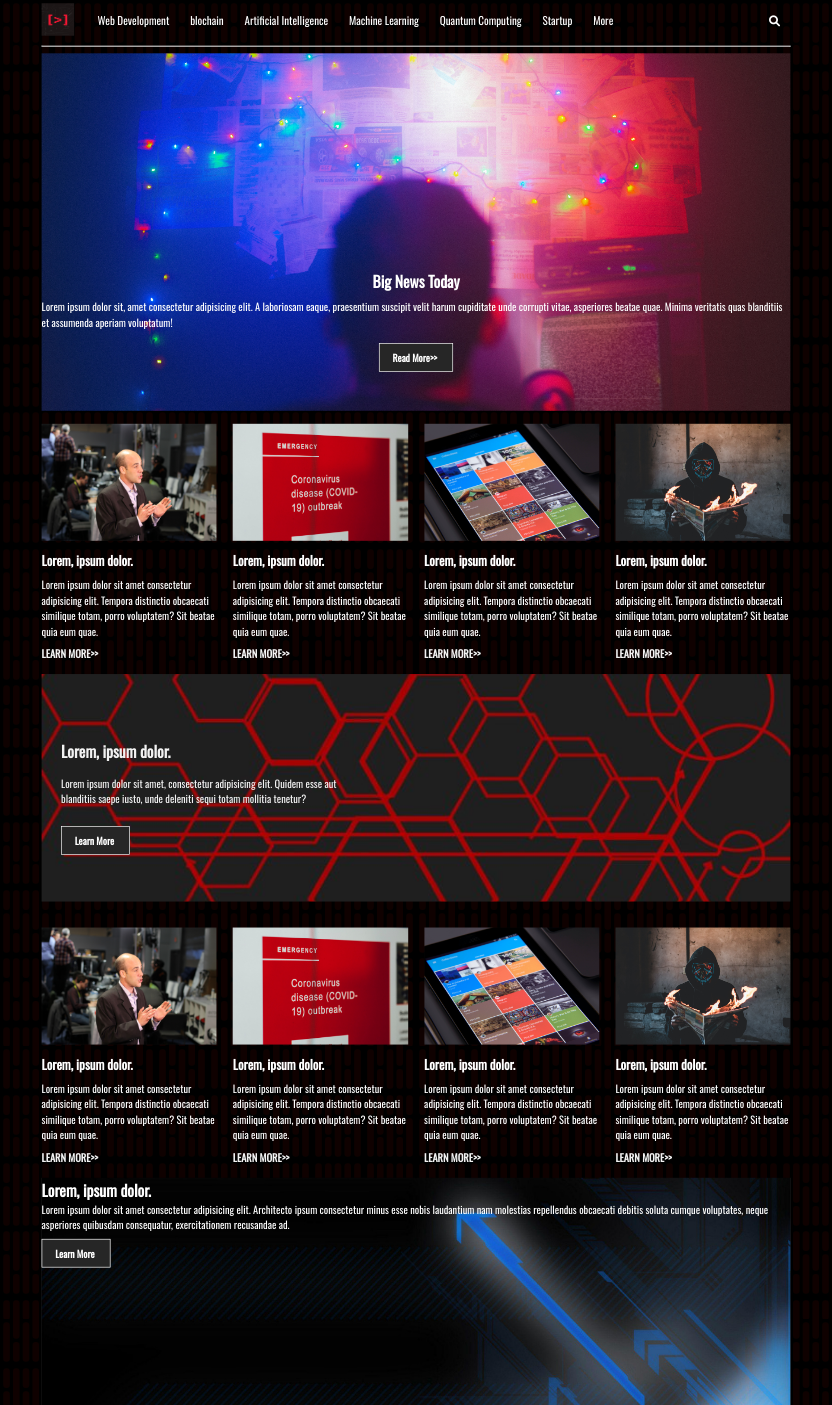
Repository: NickArregoces/News_Web
Page: index.html
An editor plug-in stored every save of this project. The page is shown before and after the next save, followed by the edit.
The browser window is 1280 px wide. The pictures show the whole page, at 65% of full size.

Above is the page before, as saved 2021-12-24 20:03:24.

### index.html
<!DOCTYPE html>
<html lang="en">
<head>
    <meta charset="UTF-8">
    <meta http-equiv="X-UA-Compatible" content="IE=edge">
    <meta name="viewport" content="width=device-width, initial-scale=1.0">
    <title>TechNews</title>
    <!--FONT AWESOME-->
    <link rel="stylesheet" href="https://cdnjs.cloudflare.com/ajax/libs/font-awesome/6.0.0-beta3/css/all.min.css">

    <link rel="stylesheet" href="style.Css">
    <!--Oswald FONTS-->
    <link rel="preconnect" href="https://fonts.googleapis.com">
<link rel="preconnect" href="https://fonts.gstatic.com" crossorigin>
<link href="https://fonts.googleapis.com/css2?family=Oswald:wght@200;300;400&display=swap" rel="stylesheet">
</head>
<body>

    <div class="container">

        <nav class ="nav-main">
            <img src="img/brand.png" alt="" class="nav-brand">

            <ul class="nav-menu">
                <li>
                    <a href="#">Web Development</a>
                </li>
                <li>
                    <a href="#">blochain</a>
                </li>
                <li>
                    <a href="#">Artificial Intelligence</a>
                </li>
                <li>
                    <a href="#">Machine Learning</a>
                </li>
                <li>
                    <a href="#">Quantum Computing</a>
                </li>
                <li>
                    <a href="#">Startup</a>
                </li>
                <li>
                    <a href="#">More</a>
                </li>
            </ul>
            <ul class="nav-menu-right">
                <li>
                    <a href="">
                        <i class="fas fa-search"></i>
                    </a>
                </li>
            </ul>
        </nav>
        <hr> <!--Crea una linea -->


        <!--Showcase=Imagen pricnipal-->
        <header class="showcase">
            <h2>Big News Today</h2>
            <p>Lorem ipsum dolor sit, amet consectetur adipisicing elit. A laboriosam eaque, praesentium suscipit velit harum cupiditate unde corrupti vitae, asperiores beatae quae. Minima veritatis quas blanditiis et assumenda aperiam voluptatum!</p>
        <!--lorem30 te crea 30 palabras-->
            <a class="btn" href="#">Read More>> <i class="fas fa-angles-double-right"></i></a>
        </header>

        <!--NEWS CARDS(COLUMNAS)-->
        <div class="news-cards">
            <div class="">
                <img src="img/news1.jpg" alt="News 1">
                <h3>Lorem, ipsum dolor.</h3>
                <p>Lorem ipsum dolor sit amet consectetur adipisicing elit. Tempora distinctio obcaecati similique totam, porro voluptatem? Sit beatae quia eum quae.</p>
                <a href="">Learn More>><i class="fas fa-amgle-dpuble-right"></i></a>
            </div>
            <div class="">
                <img src="img/news2.jpg" alt="News 2">
                <h3>Lorem, ipsum dolor.</h3>
                <p>Lorem ipsum dolor sit amet consectetur adipisicing elit. Tempora distinctio obcaecati similique totam, porro voluptatem? Sit beatae quia eum quae.</p>
                <a href="">Learn More>><i class fas fa-amgle-dpuble-right></i></a>
            </div>
            <div class="">
                <img src="img/news3.jpg" alt="News 3">
                <h3>Lorem, ipsum dolor.</h3>
                <p>Lorem ipsum dolor sit amet consectetur adipisicing elit. Tempora distinctio obcaecati similique totam, porro voluptatem? Sit beatae quia eum quae.</p>
                <a href="">Learn More>><i class="fas fa-amgle-dpuble-right" ></i></a>
            </div>
            <div class="">
                <img src="img/news4.jpg" alt="News 4">
                <h3>Lorem, ipsum dolor.</h3>
                <p>Lorem ipsum dolor sit amet consectetur adipisicing elit. Tempora distinctio obcaecati similique totam, porro voluptatem? Sit beatae quia eum quae.</p>
                <a href="">Learn More>><i class="fas fa-amgle-dpuble-right"></i></a>
            </div>
        </div>

        <div>

            <section class="cards-banner-one">
                <div class="content">
                    <h2>Lorem, ipsum dolor.</h2>
                    <p>Lorem ipsum dolor sit amet, consectetur adipisicing elit. Quidem esse aut blanditiis saepe iusto, unde deleniti sequi totam mollitia tenetur?</p>
                    <a href="#" class="btn">Learn More <i class="fas fa-amgle-dpuble-right"></i></a>
                </div>

            </section>

            <!--NEWS CARDS(COLUMNAS)-->
        <div class="news-cards">
            <div class="">
                <img src="img/news1.jpg" alt="News 1">
                <h3>Lorem, ipsum dolor.</h3>
                <p>Lorem ipsum dolor sit amet consectetur adipisicing elit. Tempora distinctio obcaecati similique totam, porro voluptatem? Sit beatae quia eum quae.</p>
                <a href="">Learn More>><i class="fas fa-amgle-dpuble-right"></i></a>
            </div>
            <div class="">
                <img src="img/news2.jpg" alt="News 2">
                <h3>Lorem, ipsum dolor.</h3>
                <p>Lorem ipsum dolor sit amet consectetur adipisicing elit. Tempora distinctio obcaecati similique totam, porro voluptatem? Sit beatae quia eum quae.</p>
                <a href="">Learn More>><i class fas fa-amgle-dpuble-right></i></a>
            </div>
            <div class="">
                <img src="img/news3.jpg" alt="News 3">
                <h3>Lorem, ipsum dolor.</h3>
                <p>Lorem ipsum dolor sit amet consectetur adipisicing elit. Tempora distinctio obcaecati similique totam, porro voluptatem? Sit beatae quia eum quae.</p>
                <a href="">Learn More>><i class="fas fa-amgle-dpuble-right" ></i></a>
            </div>
            <div class="">
                <img src="img/news4.jpg" alt="News 4">
                <h3>Lorem, ipsum dolor.</h3>
                <p>Lorem ipsum dolor sit amet consectetur adipisicing elit. Tempora distinctio obcaecati similique totam, porro voluptatem? Sit beatae quia eum quae.</p>
                <a href="">Learn More>><i class="fas fa-amgle-dpuble-right"></i></a>
            </div>
        </div>

        <section class="cards-banner-two">
            <div class="contant">
                <h2>Lorem, ipsum dolor.</h2>
                <p>Lorem ipsum dolor sit amet consectetur adipisicing elit. Architecto ipsum consectetur minus esse nobis laudantium nam molestias repellendus obcaecati debitis soluta cumque voluptates, neque asperiores quibusdam consequatur, exercitationem recusandae ad.</p>
                <a href="#" class="btn">Learn More <i class="fas fa-angles-double-right"></i> </a>
            </div>


        </section>



        </div>

    </div>


</body>
</html>

### style.Css
*{
    box-sizing: border-box;
    margin: 0;
    padding: 0;
}

body{
    background:#000000;
    color:#ffff;
    background-color: #000000;
    background-image: url("data:[embedded picture, 663 characters]");
    color:#1e272e;
    font-size: 16px;
    font-family: 'Oswald', sans-serif;
}

a{
    color: #ffff;
    text-decoration: none;
}

ul{
    list-style: none;
}
.container{
    width: 90%;/*responsive*/
    margin: auto;
    color: #ffff;/*MIO*/
}
/*Navigation*/
.nav-main{
    font-size: 17px;
    display: flex;/*Elememnto al lado de otro*/
    justify-content: space-between;
    align-items: center;
    height: 60px;
    padding: 20px 0px;
}
.nav-brand{
    width: 50px;
}

/*Nav Left*/
.nav-main ul{
    display:flex;
}

.nav-main ul li{
    padding: 10px;
}

.nav-main ul li a{
    padding: 6px;
}

.nav-main ul li a:hover {
    border-bottom: 2px solid #ffffff;
}
.nav-main ul.nav-menu{
    flex:1;
    margin-left: 20px;
}

/*Showcase*/
hr{
    margin:10px 0px;
}
.showcase{
    width: 100%;
    height: 550px;
    /*Arreglar img */
    background: url(/img/showcase2.jpg) no-repeat center center/cover;
    padding-bottom: 50px;
    margin-bottom: 20px;/*Margen interna*/
    display:flex;
    flex-direction: column;
    align-items: center;/*centrar P*/
    justify-content: flex-end; /*p al final*/
}

.btn{
    cursor: pointer;
    display: inline-block;
    border: 0;
    font-weight: bold;
    padding: 10px 20px;
    background: #262626;
    color:#ffffff;
    font-size: 15px;
    border: 1px solid #ffff;
    margin:10px 0px;
}

.btn:hover{
    opacity: 0.7;
}

.showcase h2,
.showcase p{
    margin-bottom: 10px;
}

/*News CARS*/
.news-cards{
    display: grid;
    grid-template-columns: 1fr 1fr 1fr 1fr;/*4 columnas*/
    gap: 25px;/*espaciado card*/
    margin: 10px 0;
}

.news-cards img{
    width:100%;
    height:  180px;
}

.news-cards h3{
    font-size: 20px;
    margin:  10px 0;

}

.news-cards a{
    padding: 10px 0;
    color: #f2f2f2;
    text-transform: uppercase;
    display: inline-block;
    font-weight: bold;
}

.news-cards a:hover{
    text-decoration: underline; /*Line debajo*/
}

/*Cards-banner-one*/

.cards-banner-one {
    width: 100%;
    height: 350px;
    background: url(./img/tech-red.jpg) no-repeat center/cover;;
    margin-bottom: 40px;
}
.cards-banner-one .content{
    width: 40%;
    padding: 90px 0 0 30px;
    color: #f2f2f2;
}

.cards-banner-one p,
.cards-banner-one h2{
    margin: 10px 0 20px 0;
}

/*CARDS BANNER TWO*/

.cards-banner-two{
    background: url(./img/image-five.jpg) no-repeat center/cover;
    width: 100%;
    height: 350px;
}

.cards-banner-two .content{
    width: 50%;
    padding: 100px 0 0 30px;
}

After the next save:
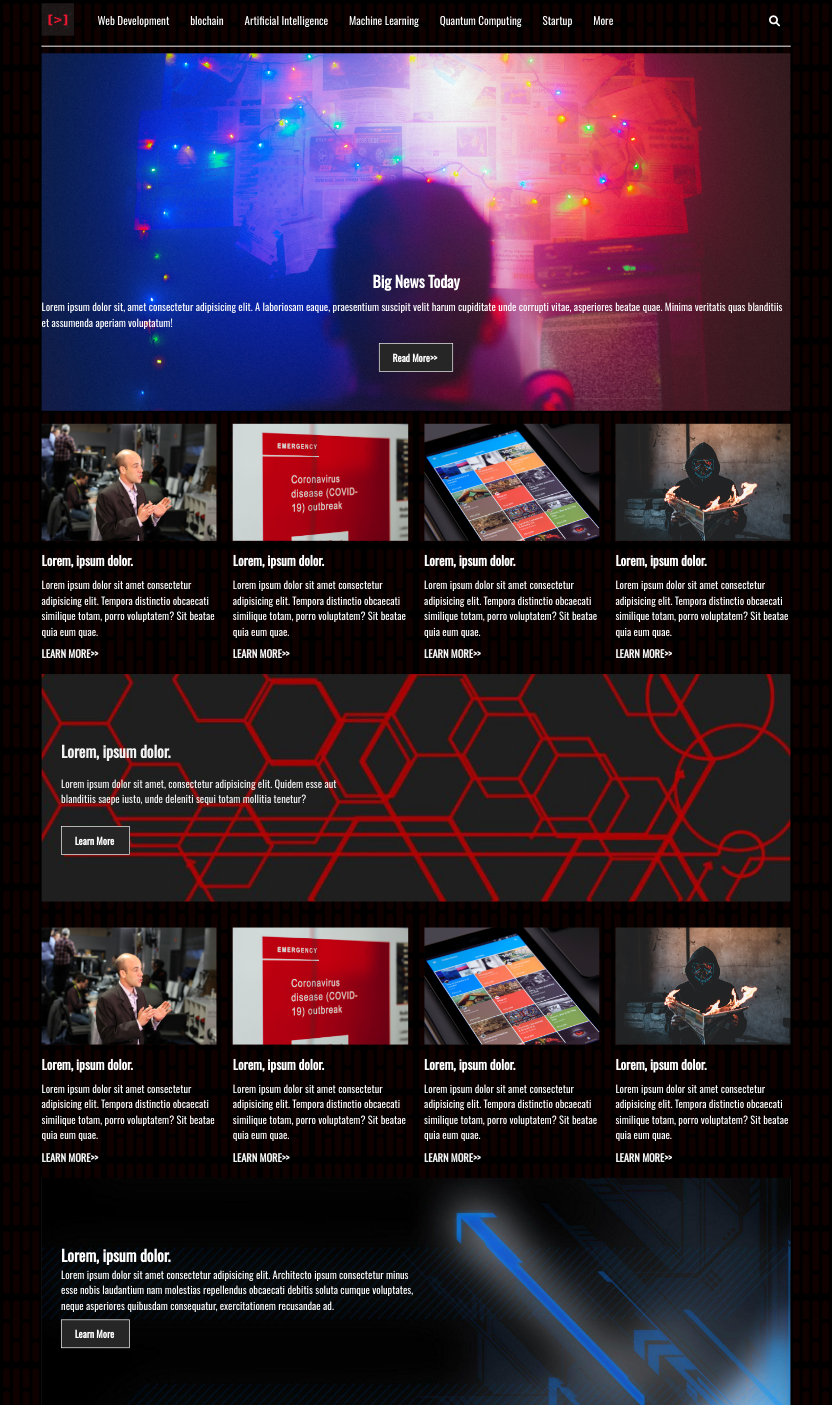
Saved 4 s later.
--- a/index.html
+++ b/index.html
@@ -131,7 +131,7 @@
         </div>
 
         <section class="cards-banner-two">
-            <div class="contant">
+            <div class="content">
                 <h2>Lorem, ipsum dolor.</h2>
                 <p>Lorem ipsum dolor sit amet consectetur adipisicing elit. Architecto ipsum consectetur minus esse nobis laudantium nam molestias repellendus obcaecati debitis soluta cumque voluptates, neque asperiores quibusdam consequatur, exercitationem recusandae ad.</p>
                 <a href="#" class="btn">Learn More <i class="fas fa-angles-double-right"></i> </a>
